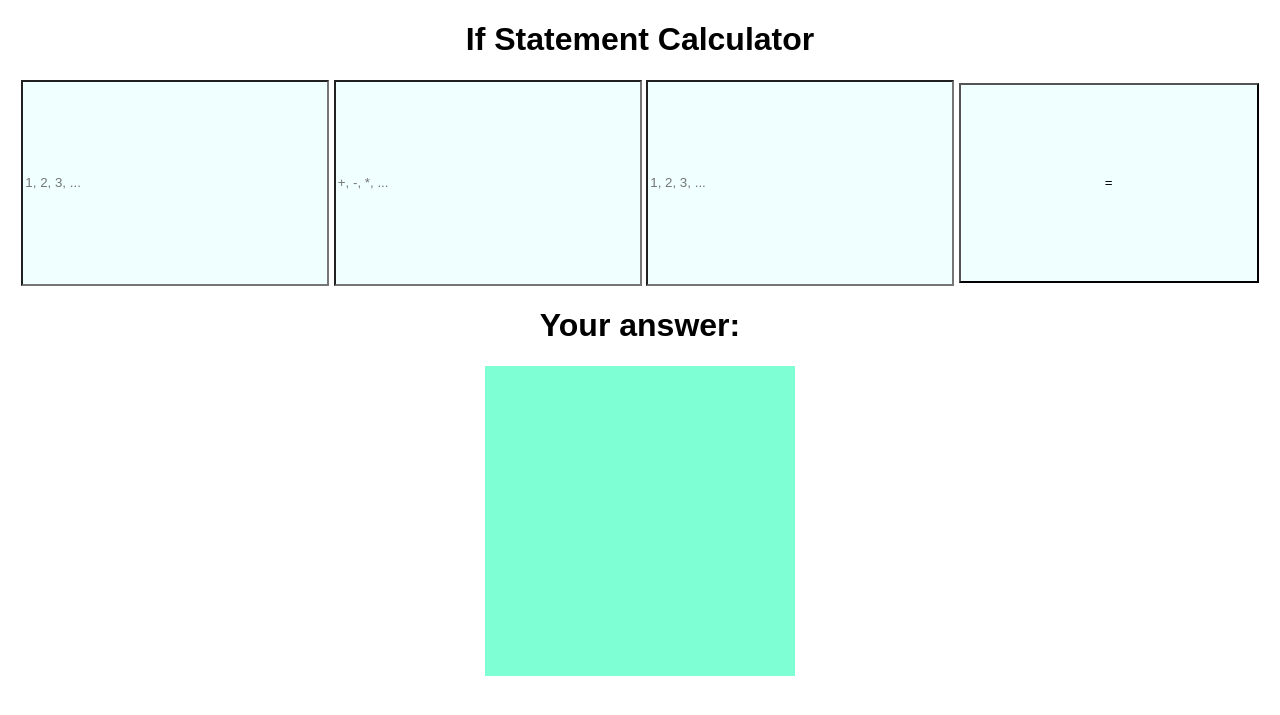
Repository: WesleyErasmus/threeInputCalculator
Page: html/if-calculator.html
An editor plug-in stored every save of this project. The page is shown before and after the next save, followed by the edit.
The browser window is 1280 px wide. The pictures show the whole page.

Above is the page before, as saved 2022-04-27 22:10:06.

### html/if-calculator.html
<!DOCTYPE html>
<html lang="en">
<head>
    <meta charset="UTF-8">
    <meta http-equiv="X-UA-Compatible" content="IE=edge">
    <meta name="viewport" content="width=device-width, initial-scale=1.0">
    <title>JS If Calculator</title>
    <link rel="stylesheet" href="/css/stylesheet.css">
    <script src="/js/if-calculator.js"></script>

</head>
<body>

<center>
    <form onsubmit="return false;">
        <h1>If Statement Calculator</h1>
        <!-- <div class="inputField"> -->
        <!-- <label for="input1">Enter a number</label> -->
         <input id="input1" type="text" name = "input1" placeholder="1, 2, 3, ..."> <!-- input-1 -->
        </div>
        <!-- <div class="inputField"> -->
         <!-- <label for="input3">Enter operator</label> -->
         <input id="input3" type="text" name = "input3" placeholder="+, -, *, ..."> <!-- input-3 (operator) -->
        </div>
        <!-- <div class="inputField"> -->
         <!-- <label for="input2">Enter a number </label> -->
         <input id="input2" type="text" name = "input2" placeholder="1, 2, 3, ..."> <!-- input-2 -->
        </div>
         <button onclick="sum()">=</button>
         <h1>Your answer:</h1>
         <p id="output"></p>
    </form>
</center>
</body>
</html>

### css/stylesheet.css
body {
font-family: sans-serif;
}
form {
display: block;
margin: 0 auto;
}
input, button {
    width: 300px;
    height: 200px;
    background-color: azure;
}
.inputField {
    width: 310px;
    height: 210px;
}
p {
    width: 310px;
    height: 310px;
    background-color: aquamarine;
}

### js/if-calculator.js
function sum() {
const num1 = document.getElementById("input1").value;
const num2 = document.getElementById("input2").value;
const operator = document.getElementById("input3").value;
const output = document.getElementById("output").value;
  let answer;
  document.getElementById("output").value;
  if (operator == '+') {
    answer = +num1 + +num2;
    document.getElementById("output").innerHTML = answer;
  } else if (operator == '-') {
    answer = num1 - num2;
    document.getElementById("output").innerHTML = answer;
  } else if (operator == '*') {
    answer = num1 * num2;
    document.getElementById("output").innerHTML = answer;
  } else {
    answer = num1 / num2;
    document.getElementById("output").innerHTML = answer;
  }console.log(answer);
}

After the next save:
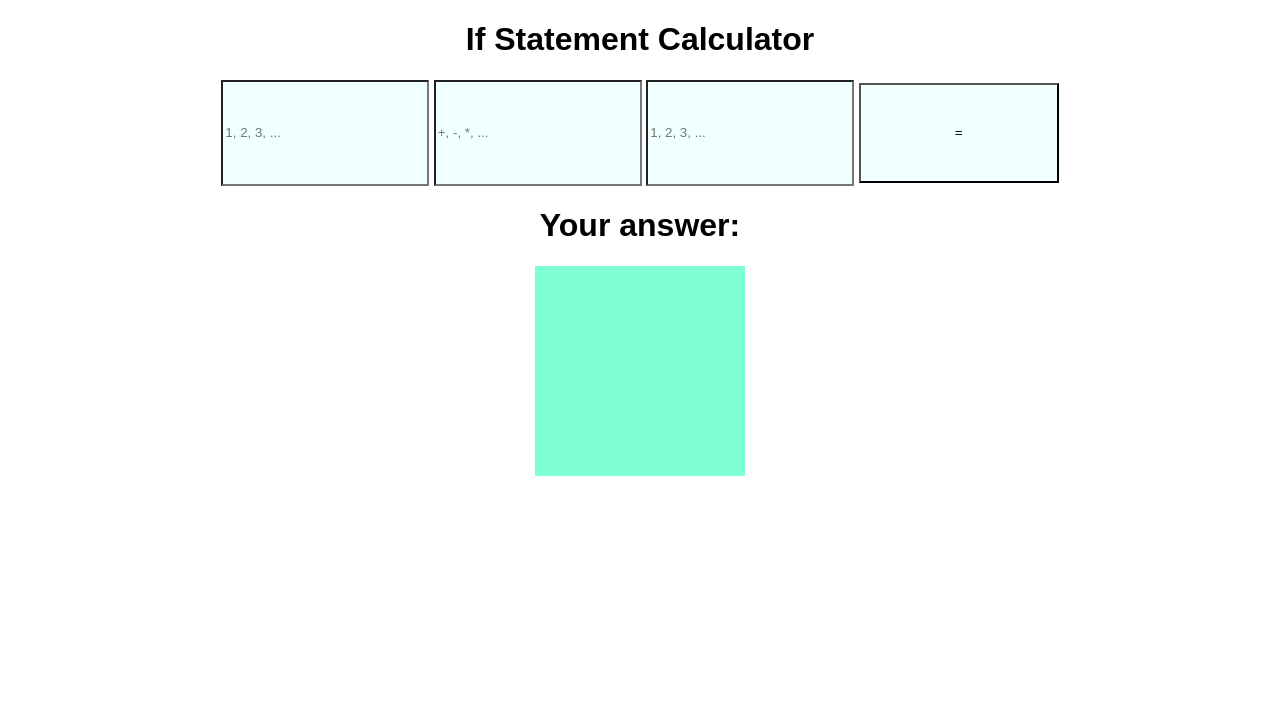
Saved 79 s later.
--- a/css/stylesheet.css
+++ b/css/stylesheet.css
@@ -6,16 +6,16 @@ display: block;
 margin: 0 auto;
 }
 input, button {
-    width: 300px;
-    height: 200px;
+    width: 200px;
+    height: 100px;
     background-color: azure;
 }
 .inputField {
-    width: 310px;
-    height: 210px;
+    width: 210px;
+    height: 110px;
 }
 p {
-    width: 310px;
-    height: 310px;
+    width: 210px;
+    height: 210px;
     background-color: aquamarine;
 }
